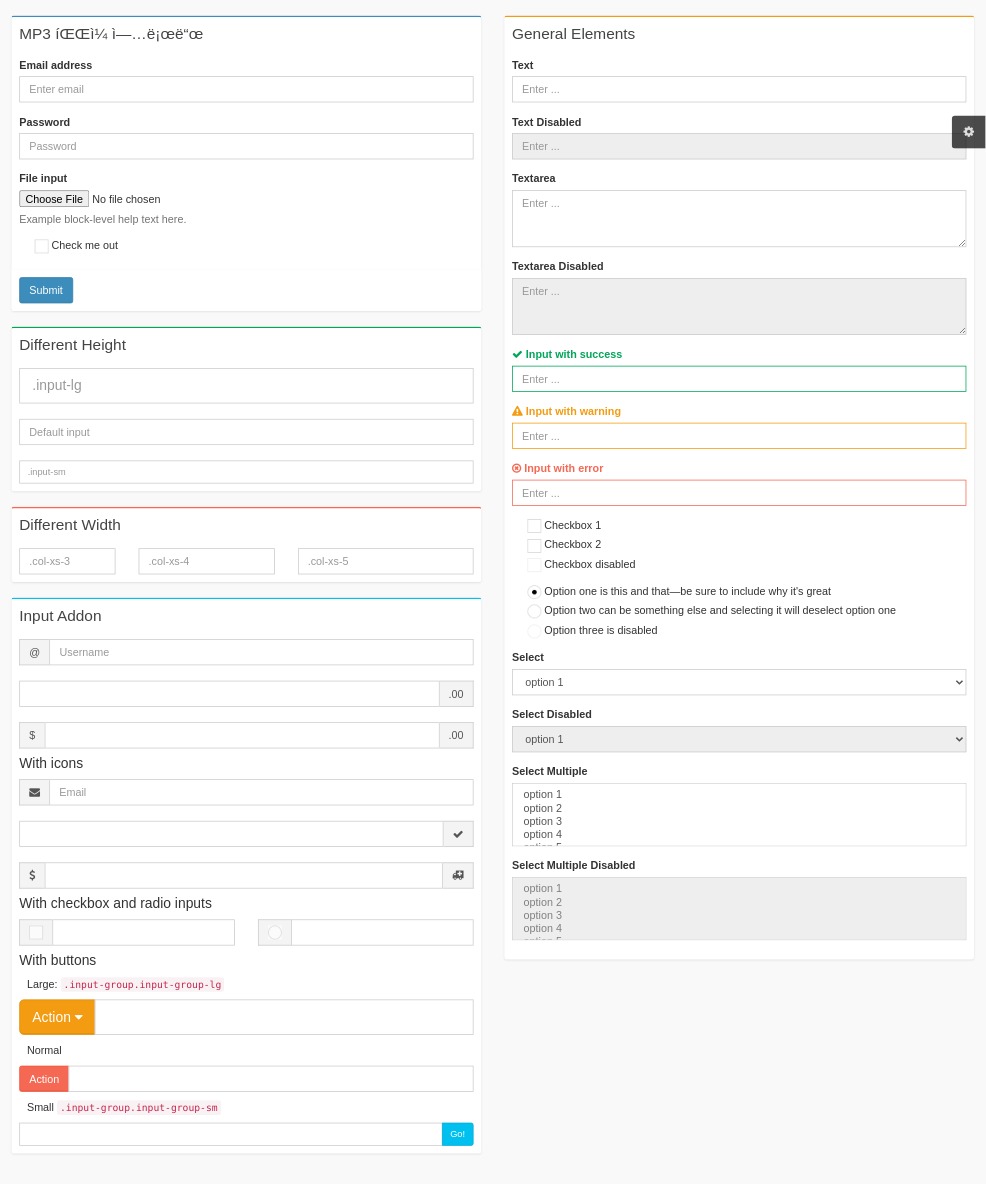
Repository: porivas/140630_Java
Page: http://localhost/Day1001mini01/upload
These files come from the project's save history. The page is drawn as it stood at one moment and after the next save; the edit follows.
The browser window is 1280 px wide. The pictures show the whole page, at 77% of full size.
Some web fonts or font styles are not loaded; a fallback is used. Some web libraries are served in a nearby version. The page is served by Tomcat 9.

Above is the page before, as saved 2014-10-02 09:10:37.

After the next save:
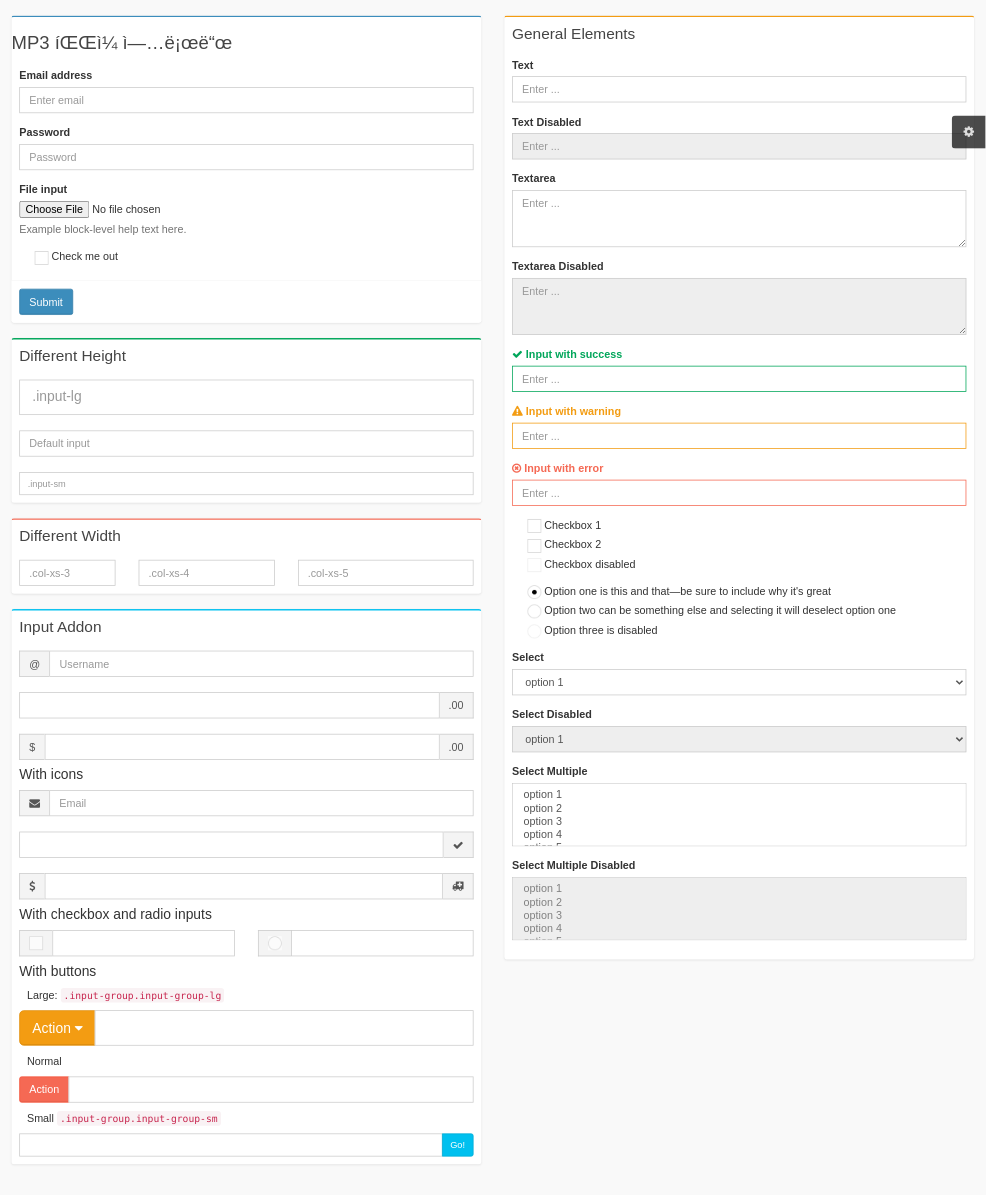
Saved 28 s later.
--- a/Day1001mini01/WebContent/WEB-INF/jsp/uploadPage.jsp
+++ b/Day1001mini01/WebContent/WEB-INF/jsp/uploadPage.jsp
@@ -28,7 +28,7 @@
                             <!-- general form elements -->
                             <div class="box box-primary">
                                 <div class="box-header">
-                                    <h3 class="box-title">MP3 파일 업로드</h3>
+                                    <h3>MP3 파일 업로드</h3>
                                 </div><!-- /.box-header -->
                                 <!-- form start -->
                                 <form role="form">
